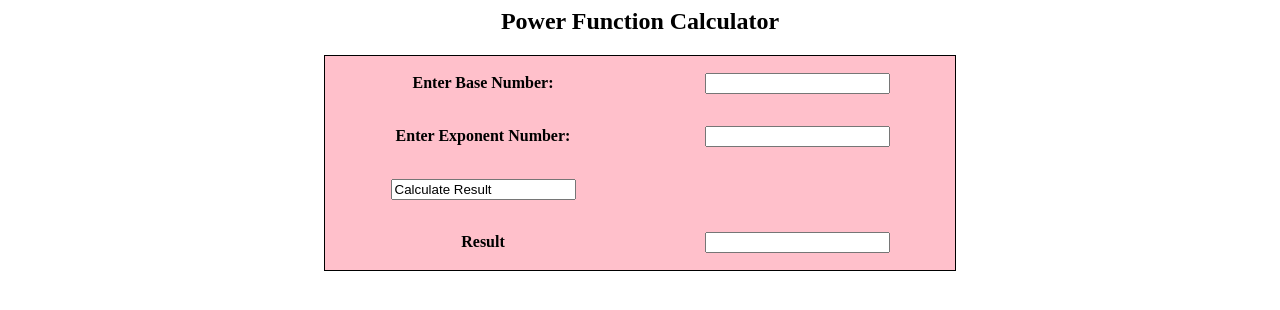
Repository: DeepaliKalagate/PowerCalculatorAPI
Page: PowerFunctionCalculator/src/main/resources/PowerFunction.html
These files come from the project's save history. The page is drawn as it stood at one moment and after the next save; the edit follows.
The browser window is 1280 px wide. The pictures show the whole page.

Above is the page before, as saved 2020-02-09 06:38:37.

### PowerFunctionCalculator/src/main/resources/PowerFunction.html
<html>
<head>

<script src="https://ajax.googleapis.com/ajax/libs/jquery/3.3.1/jquery.min.js"></script>
</head>
<style>
table {
  width:50%;
}
table{
  border: 1px solid black;

}
th, td {
  padding: 15px;
  text-align: center;
}
table{
 background-color: pink;
}
</style>
<body>
<center>
<h2>Power Function Calculator</h2></center>


<table align="center">
  <tr>
    <th>Enter Base Number:</th>
    <th><input type:"text" id="baseNumber" name="base"></th>
  </tr>
  <tr>
    <th>Enter Exponent Number:</th>
    <td><input type:"text" id="exponentNumber" name="exponent"></td>
  </tr>
  <tr>
    <td><input type:"submit" id="submit" value="Calculate Result"></td>
  </tr>
  <tr>
  <th>Result</th>
    <td><input type:"text" id="result" name="result"></td>
  </tr>
</table>
<script>
$(document).ready(function(){
  $("#submit").click(function(){


    var result=document.getElementById("result").value
console.log(result)
 var baseNumber=document.getElementById("baseNumber").value
 var exponentNumber=document.getElementById("exponentNumber").value


url="http:localhost:8080/calculator/calculate"
data=JSON.stringify({
"firstNumber":baseNumber,
"secondNumber":exponentNumber})


$.ajax({
  url:url,
  type:"POST",
  data:data,
  contentType:"application/json; charset=utf-8",
  dataType:"json",
  success: function(data){


document.getElementById("result").value=data;
  }
})

  });
});

</script>





</body>
</html>

After the next save:
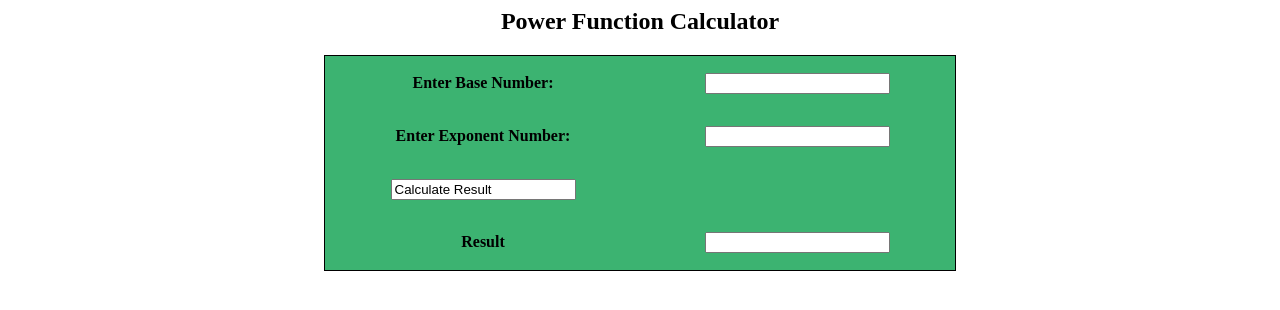
Saved 82 s later.
--- a/PowerFunctionCalculator/src/main/resources/PowerFunction.html
+++ b/PowerFunctionCalculator/src/main/resources/PowerFunction.html
@@ -16,7 +16,7 @@ th, td {
   text-align: center;
 }
 table{
- background-color: pink;
+ background-color: MediumSeaGreen;
 }
 </style>
 <body>
